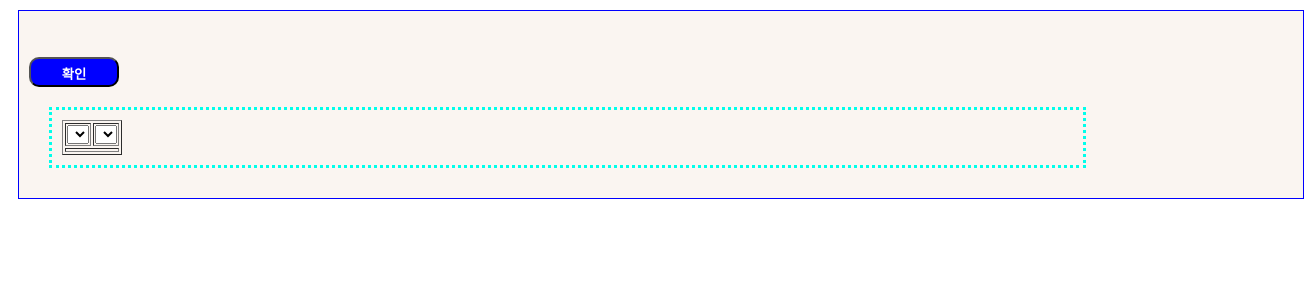
Repository: yul3220/WebProgrammingLecture
Page: jqpro/WebContent/2021-02-04/lprod_prod.html
These files come from the project's save history. The page is drawn as it stood at one moment and after the next save; the edit follows.
The browser window is 1280 px wide. The page is 1304 px wide, so the pictures cover 1304 px, including what lies to the right of the window. The pictures show the whole page.

Above is the page before, as saved 2021-02-04 10:09:25.

### jqpro/WebContent/2021-02-04/lprod_prod.html
<!DOCTYPE html>
<html>
<head>
<meta charset="UTF-8">
<title>Insert title here</title>
<link rel="stylesheet" href="../css/public.css"/>
<script src="../js/jquery-3.5.1.min.js"></script>
<style>
.tb{
	border : 1px solid black;
}
.tb td:last-child{
	width : 400px;
}
</style>
<script>
	$(function(){
		// lprod테이블의 데이터 조회
		$("input").on("click", function(){
			$.ajax({
				url : "../2021-02-03/lprod.jsp",
				//type:"get"(type이 get일때는 생략이 가능하면 post일 경우는 작성해야한다.)과 data: " " 생략
				//type대신 method작성 가능
				success : function(res){
					code = "";
					$.each(res, function(i,v){
						code += `<option value='${v.gu}'>${v.nm}</option>`;
					})
					$("#lprod").html(code);
				},
				error : function(xhr){
					alert("상태 : " + xhr.status)
				},
				dataType : "json"
			})//ajax끝

			// lprod에서 하나를 선택하면 change이벤트
			// option으 value값을 가져온다. => val()
			// queryForList를 수행
			$("#lprod").on("change", function(){
				//$("#lprod option")으로 작성하면 모든 option선택
				//=> 2021-01-22 컨텍스트에서 예제 했음
				//:사이는 띄어쓰기 존재하면 안됨
				//$("option:selected",this)=> this는 ""안에 들어있으면 안됨
				lprod_gu = $("#lprod option:selected").val();

				$.ajax({
					url:"prodName.jsp",
					type : "post",
					data : {"gu" : lprod_gu},
					dataType : "json",
					error : function(xhr){
						alert("상태 : " + xhr.status); //200, 404, 500
						//200에러 : json의 ,나 주석처리나 [, {, ""등이 제대로 안되어있을때 남
					},
					success : function(res){

						code = "";
						$.each(res, function(i, v){
							code += "<option value='"+ v.id + "'>"+v.name+"</option>";
						})

						$("#prod").html(code);
					}
				})//#lprod function ajax끝
			})//lprod change끝

			// prod를 change하면 해당 제품의 detail을 출력한다.
			// 선택한 option의 value값을 가져온다. - val()
			// queryForObject를 수행
			$("#prod").on("change", function(){
				prod_id = $("option:selected",this).val();

				$.ajax({
					url : "prodDetail.jsp",
					type : "post",
					data : {"id": prod_id},
					success : function(res){
						$("#detail").html(res);
					},
					error : function(xhr){
						alert("상태 : " + xhr.status);
					},
					dataType : "html"
				})
			})//prod change끝
		})//input click끝
	})//function끝
</script>
</head>
<body>
	<div class="box">

    	<br><br>
    	<input type="button" value="확인"/>

    	<div id="result1">
    		<table border="1">
    			<tr>
    				<td>
    					<select id="lprod">
    						<!--  <option value="lprod_gu">lprod_nm</option> value값 가져가는 것 : val()-->
    					</select>
    				</td>
    				<td>
    					<select id="prod">
    						<!--<option value="P101000001">모니터 삼성전자15인치칼라</option>-->
    					</select>
    				</td>
    			</tr>

    			<tr>
    				<td id="detail" colspan="2"></td>
    			</tr>
    		</table>
    	</div>
	</div>
</body>
</html>

### jqpro/WebContent/css/public.css
@CHARSET "UTF-8";
pre{
	background-color : #c4f4f2;
	font-size : 14px;
	white-space: pre-wrap;

	/*
	   pre : 공백은 그대로 줄바꿈이 되지 않는다.
	   pre-wrap : 공백은 그대로 줄바꿈이 된다.
	   pre-line : 공백을 여러개 줘도 공백은 하나만 표시  줄바꿈된다.
	   nowrap : 공백을 여러개 줘도 공백은 하나만 표시 줄바꿈되지 않는다.

	*/
}

div.box {
	width : 100%;
	height : auto;
	margin : 10px;
	padding : 10px;
	border : 1px solid blue;
	background : #faf5f1;
}

.box input[type=button]{
    width : 90px;
    height: 30px;
    background: blue;
    color : white;
    padding : 5px 10px;
    border-radius: 10px;
    font-weight: bold;
	text-align: center;
}

.box div{
    width : 80%;
    height : auto;
    padding : 10px;
    border : 3px dotted #00ffeb;
    margin : 20px;
}

Loaded but not shown: jqpro/WebContent/js/jquery-3.5.1.min.js (library)

After the next save:
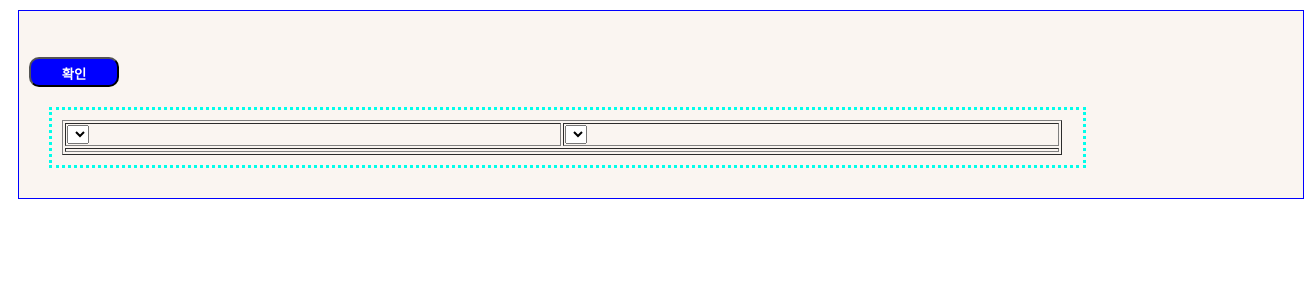
Saved 2 min 4 s later.
--- a/jqpro/WebContent/2021-02-04/lprod_prod.html
+++ b/jqpro/WebContent/2021-02-04/lprod_prod.html
@@ -6,6 +6,9 @@
 <link rel="stylesheet" href="../css/public.css"/>
 <script src="../js/jquery-3.5.1.min.js"></script>
 <style>
+.table{
+	width : 1000px;
+}
 .tb{
 	border : 1px solid black;
 }
@@ -95,7 +98,7 @@
     	<input type="button" value="확인"/>
 
     	<div id="result1">
-    		<table border="1">
+    		<table border="1" class="table">
     			<tr>
     				<td>
     					<select id="lprod">
